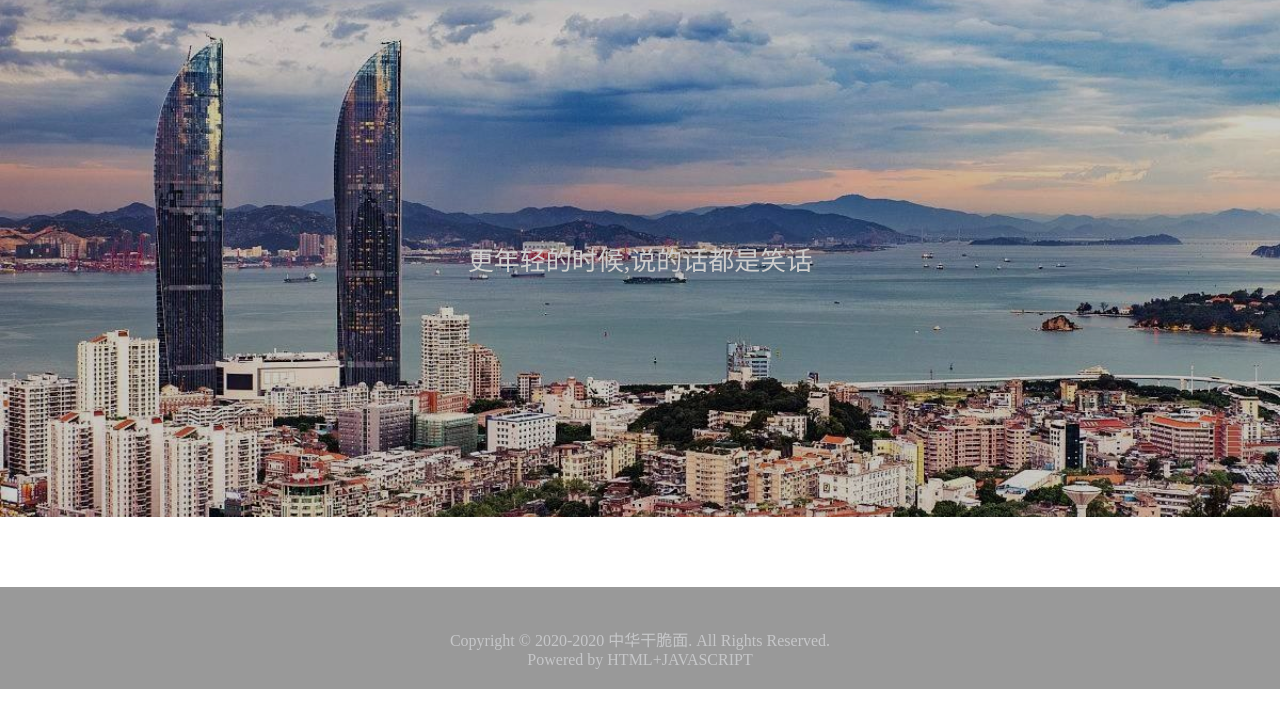
Repository: airsky0605/airsky0605.github.io
Page: index.html
The author's editor kept a copy of each file at every save. The page is drawn from the files as they stood at one save, then again after the next save.
The browser window is 1280 px wide. The pictures show the whole page.
The page's requests for data from a server got no answer.

Above is the page before, as saved 2020-04-15 14:36:02.

### index.html
<!DOCTYPE html>
<html lang="en">
<head>
  <meta charset="UTF-8">
  <meta name="viewport" content="width=device-width, initial-scale=1.0">
  <meta http-equiv="X-UA-Compatible" content="ie=edge">
  <link rel="stylesheet" href="./css/common.css">
  <link rel="stylesheet" href="./css/reset.css">
  <title>Document</title>
</head>
<body>
  <div class="banner">
    <div class="inner">
      <p class="t1">更年轻的时候,说的话都是笑话</p>
    </div>
  </div>
  <div class="container mainbox">

  </div>
  <footer class="footer">
    <div class="inner">
      <p>Copyright © 2020-2020 中华干脆面. All Rights Reserved.</p>
      <p>Powered by HTML+JAVASCRIPT</p>
    </div>
  </footer>
</body>
<script>
  getGithubList()
  function getGithubList(){
    fetch('https://api.github.com/repos/airsky0605/airsky0605.github.io/contents').then(res=>{
      return res.json()
    })
    .then(res=>{
      console.log(res)
    })
  }
</script>
</html>

### css/common.css
.mainbox{
  max-width: 1200px;
  margin: 0 auto;
  overflow: hidden;
}
.banner{
  position: relative;
  background: url(../img/banner.jpeg) 0% 50% / cover no-repeat;
}
.banner::after{
  content: "";
  position: absolute;
  top: 0px;
  left: 0px;
  width: 100%;
  height: 100%;
  z-index: 1;
  background: rgba(0, 0, 0, 0.2);
}
.banner .inner{
  padding: 240px 0;
  position: relative;
}
.banner .inner p{
  text-align: center;
  color: #fff;
  position: relative;
  background: transparent;
}
.banner .inner .t1{
  font-size: 26px;

}
.banner .inner .t2{
  font-size: 22px;
  text-decoration: line-through;
}

.container{
  margin: 35px 0!important;
}

.footer{
  background: #999;
  color: #c6c7c9;
  text-align: center;
}
.footer .inner{
  padding: 40px 0 20px;
}

### css/reset.css
/*RESET v3*/
html, body, div, span, object, iframe, h1, h2, h3, h4, h5, h6, p, blockquote, a, cite, img, sub, sup, dl, dt, dd, ol, ul, li, fieldset, form, label, legend, table, caption, tbody, tfoot, thead, tr, th, td, article, aside, canvas, details, embed, figure, figcaption, footer, header, hgroup, menu, nav, output, ruby, section, summary, time, mark, audio, video {
  border: 0;
  font: inherit;
  margin: 0;
  padding: 0;
  font-weight: normal;
  vertical-align: baseline;
}
html,body{
  height:100%
}
article, aside, details, figcaption, figure, footer, header, hgroup, menu, nav, section {
  display: block;
}
button {
  outline: none;
}
ol, ul {
  margin: 0;
  padding: 0;
}
ol, ul, li {
  list-style: none;
}
i, em {
  font-style: normal;
}
blockquote {
  quotes: none;
}
blockquote:before, blockquote:after {
  content: '';
  content: none;
}
a {
  outline: none;
  text-decoration: none;
  text-decoration:none;
  text-decoration: none;
  transition: background-color .5s ease 0s,color .5s ease 0s,width .5s ease 0s,border-width .5s ease 0s,border-color .5s ease 0s;
  -webkit-transition: background-color .5s ease 0s,color .5s ease 0s,width .5s ease 0s,border-width .5s ease 0s,border-color .5s ease 0s;
  -moz-transition: background-color .5s ease 0s,color .5s ease 0s,width .5s ease 0s,border-width .5s ease 0s,border-color .5s ease 0s;
  -ms-transition: background-color .5s ease 0s,color .5s ease 0s,width .5s ease 0s,border-width .5s ease 0s,border-color .5s ease 0s;
  -o-transition: background-color .5s ease 0s,color .5s ease 0s,width .5s ease 0s,border-width .5s ease 0s,border-color .5s ease 0s
}
input, textarea{
  font-family: inherit;
  font-size: inherit;
  color: inherit;
  outline: none;
  border: 0;
  margin: 0;
  padding: 0;
}
select, option{
  font-family: inherit;
}
.noselect{
  -webkit-user-select: none;
  user-select: none;
}
.clear {
  clear: both;
}
.clearfix:before,.clearfix:after{
  content:"";
  display:table;
}
.clearfix:after{
  clear:both;
}
.clearfix{
  *zoom:1;
}


.el-pagination{
  padding-left: 0!important;
}
.el-pagination.is-background .btn-next, .el-pagination.is-background .btn-prev, .el-pagination.is-background .el-pager li{
  margin-left: 0!important;
}
.w-e-menu{
  z-index: 2 !important;
}
.w-e-text-container{
  z-index: 1 !important;
}

After the next save:
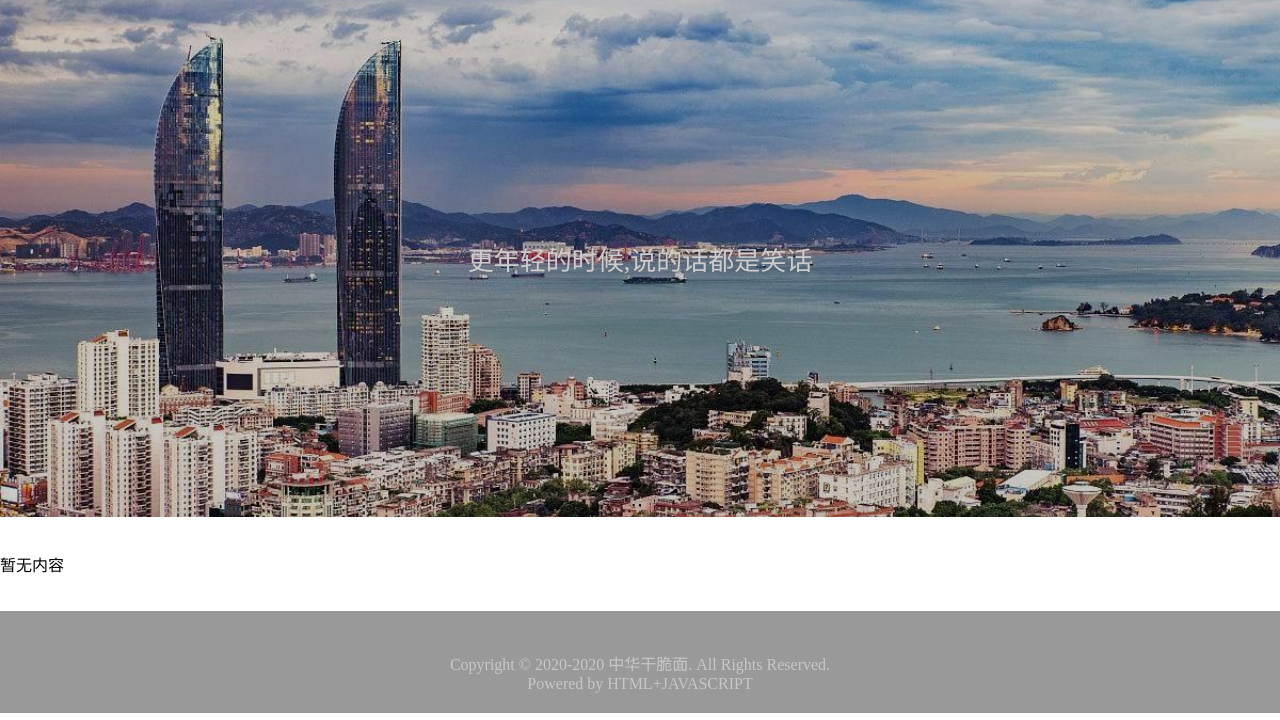
Saved 94 min 28 s later.
--- a/index.html
+++ b/index.html
@@ -6,6 +6,7 @@
   <meta http-equiv="X-UA-Compatible" content="ie=edge">
   <link rel="stylesheet" href="./css/common.css">
   <link rel="stylesheet" href="./css/reset.css">
+  <script src="https://cdn.bootcss.com/vue/2.6.11/vue.js"></script>
   <title>Document</title>
 </head>
 <body>
@@ -14,8 +15,11 @@
       <p class="t1">更年轻的时候,说的话都是笑话</p>
     </div>
   </div>
-  <div class="container mainbox">
-
+  <div class="container mainbox" id="app">
+    <div class="item" v-if="list.length>0"></div>
+    <div class="deault" v-else>
+      暂无内容
+    </div>
   </div>
   <footer class="footer">
     <div class="inner">
@@ -25,7 +29,6 @@
   </footer>
 </body>
 <script>
-  getGithubList()
   function getGithubList(){
     fetch('https://api.github.com/repos/airsky0605/airsky0605.github.io/contents').then(res=>{
       return res.json()
@@ -34,5 +37,11 @@
       console.log(res)
     })
   }
+  new Vue({
+    el:'#app',
+    data:{
+      list: []
+    }
+  })
 </script>
 </html>
